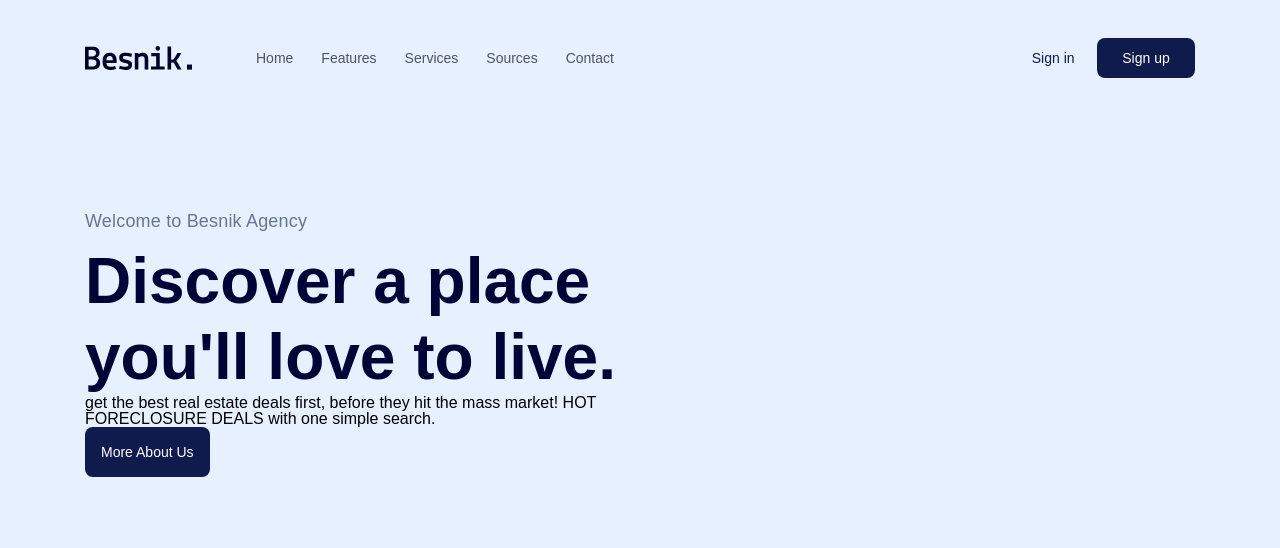
Repository: Daidoichihuy/project-01
Page: index.html
An editor plug-in stored every save of this project. The page is shown before and after the next save, followed by the edit.
The browser window is 1280 px wide. The pictures show the whole page.

Above is the page before, as saved 2024-04-28 11:39:10.

After the next save:
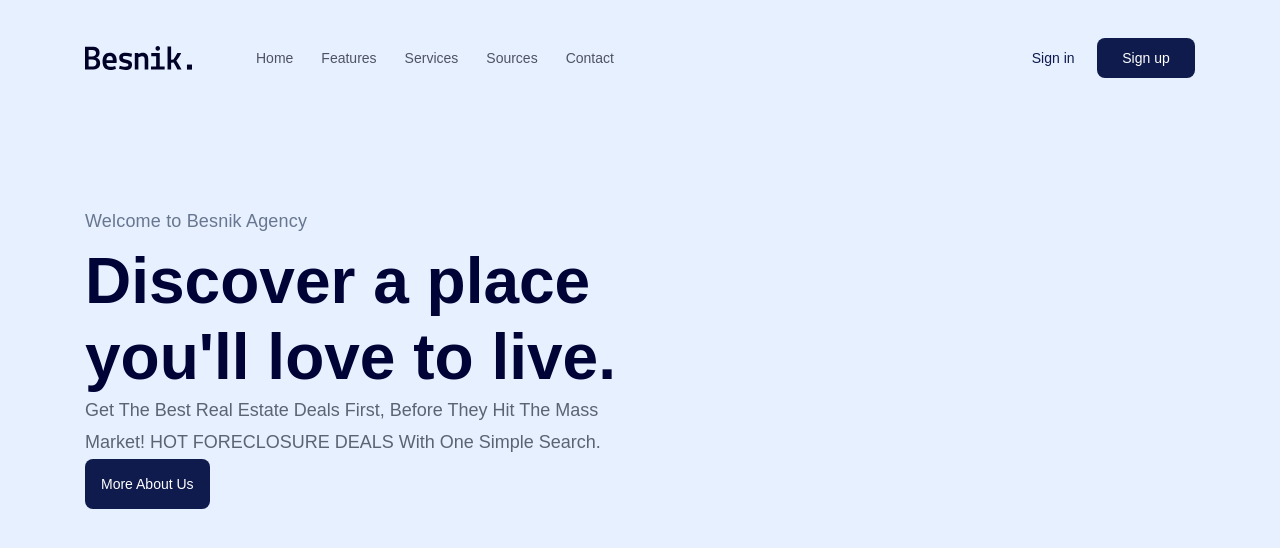
Saved 4 min 14 s later.
--- a/assets/css/style.css
+++ b/assets/css/style.css
@@ -100,3 +100,11 @@
   line-height: 1.19;
   margin-top: 8px;
 }
+
+.hero .des {
+  color: #5a6473;
+  font-size: 1.8rem;
+  font-weight: 400;
+  line-height: 177.778%;
+  text-transform: capitalize;
+}
